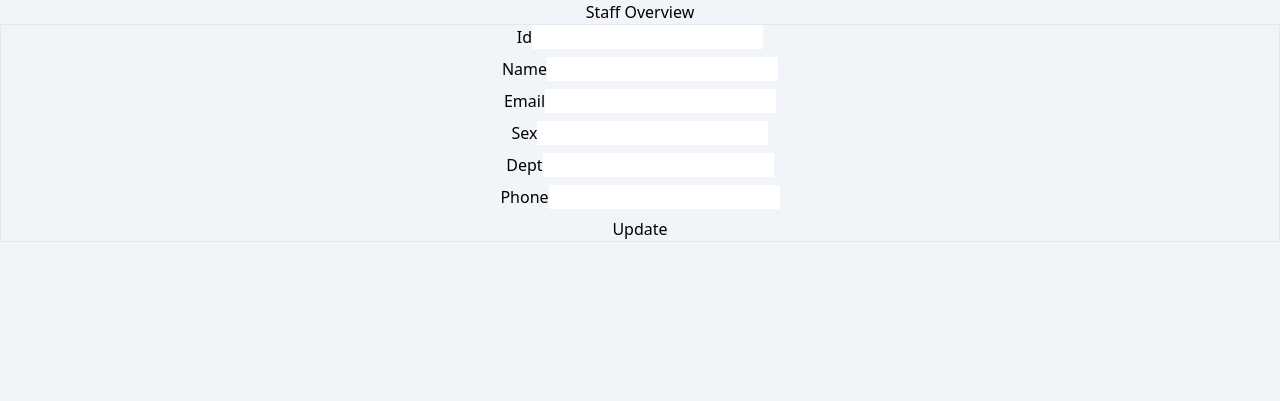
Repository: Semanmernstack/crud
Page: /employee/create
The author's editor kept a copy of each file at every save. The page is drawn from the files as they stood at one save, then again after the next save.
The browser window is 1280 px wide. The pictures show the whole page.
The project was rebuilt for these pictures with package versions that can differ from the ones it lists, and the page was loaded fresh each time. Also part of the build but not shown: src/List.js, src/Details.js, src/Edit.js.

Above is the page before, as saved 2022-12-24 01:29:47.

After the next save:
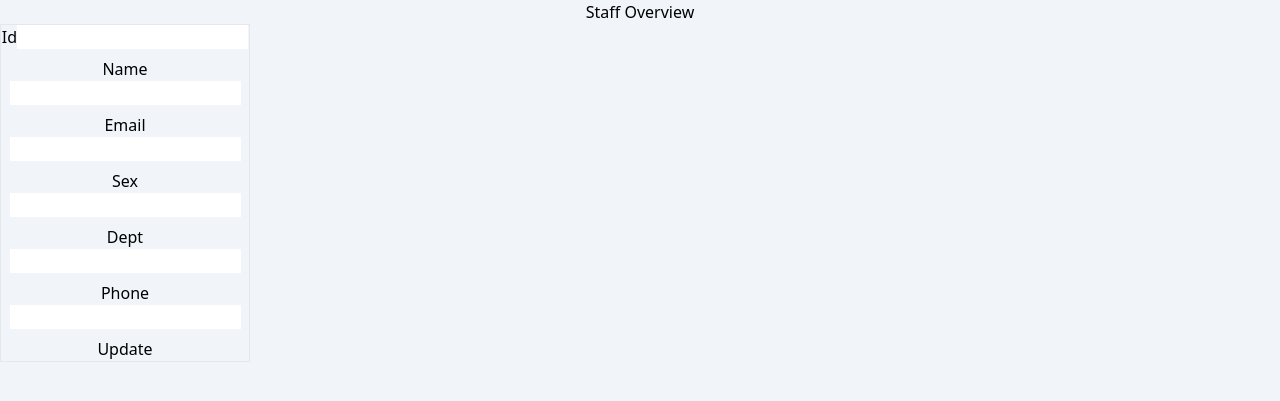
Saved 24 s later.
--- a/src/Create.js
+++ b/src/Create.js
@@ -7,7 +7,7 @@ function Create() {
             <p>Staff Overview</p>
         </div>
         <form >
-          <div className="flex items-center border flex-col gap-2">
+          <div className="flex items-center border w-[250px] flex-col gap-2">
             <div>
               <span>Id</span>
               <input type="text" />
